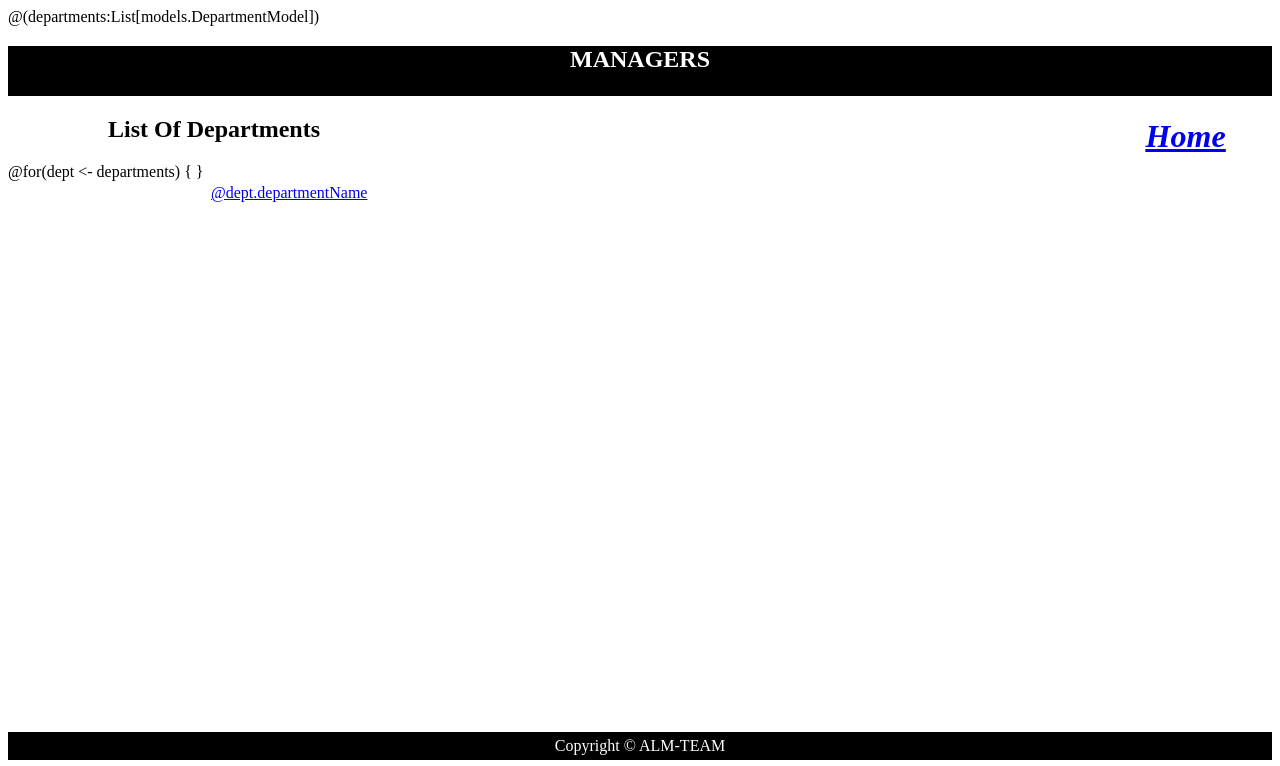
Repository: sumitkum200690/PLAY_SLICK
Page: Play_DB/app/views/allDepartmentPage.scala.html
An editor plug-in stored every save of this project. The page is shown before and after the next save, followed by the edit.
The browser window is 1280 px wide. The pictures show the whole page.

Above is the page before, as saved 2015-09-25 13:26:53.

After the next save:
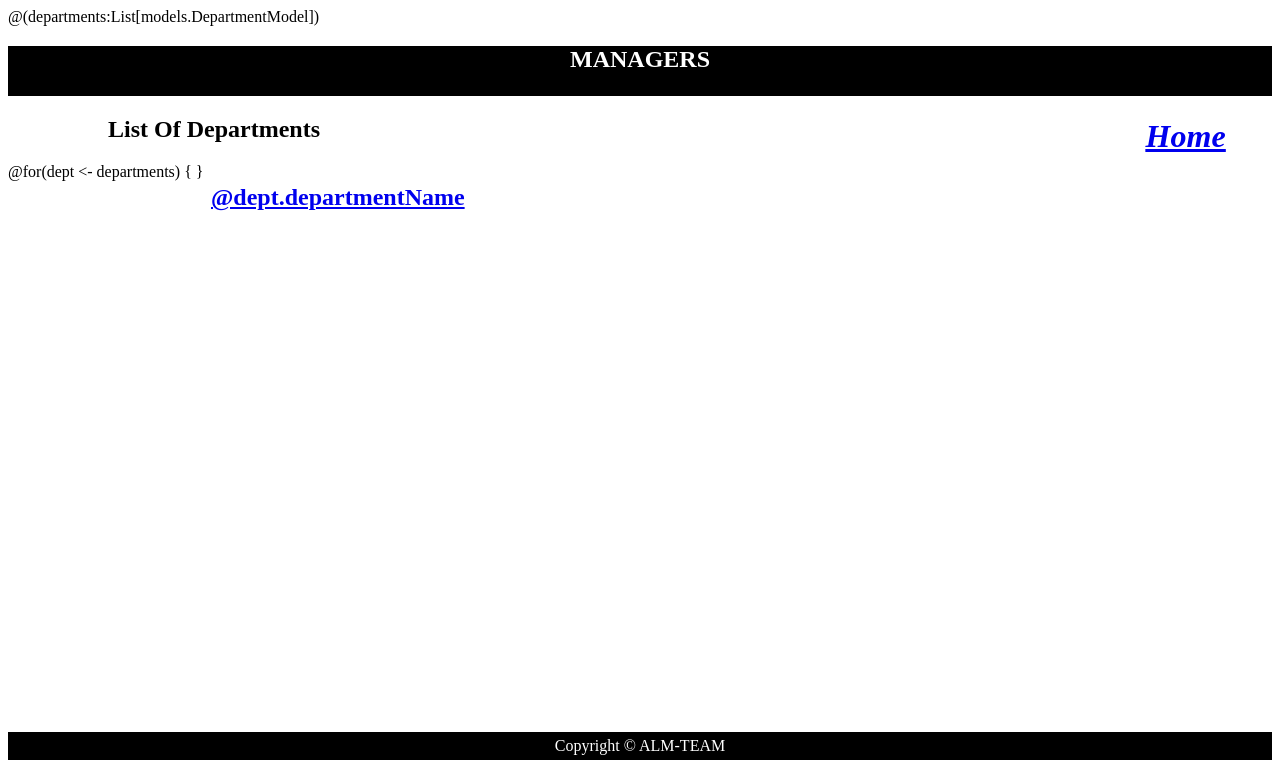
Saved 34 s later.
--- a/Play_DB/app/views/allDepartmentPage.scala.html
+++ b/Play_DB/app/views/allDepartmentPage.scala.html
@@ -121,7 +121,7 @@
  					 @for(dept <- departments) {
 
 
-    						<tr><td><a href="/DepartmentWiseManager/@dept.departmentName/@dept.id">@dept.departmentName</a></td></tr>
+    						<tr><td><a href="/DepartmentWiseManager/@dept.departmentName/@dept.id"><h2>@dept.departmentName</h2></a></td></tr>
 
    						}
   </table>
